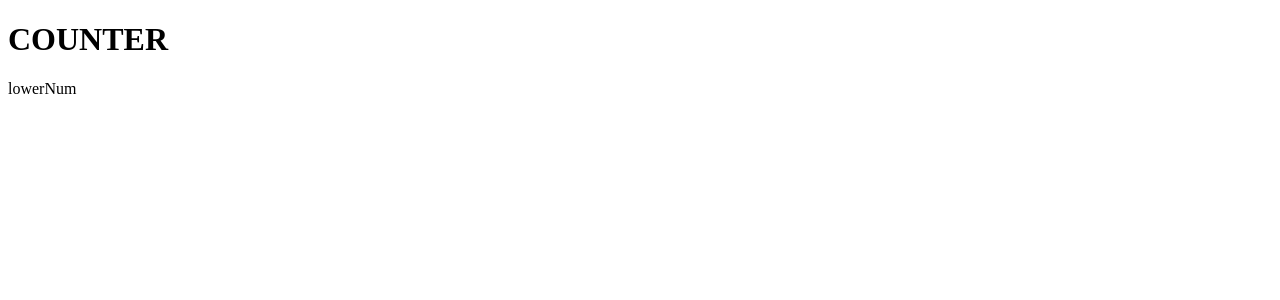
Repository: Sgalstyan06/counterNum
Page: index.html
An editor plug-in stored every save of this project. The page is shown before and after a run of saves, followed by the edit.
The browser window is 1280 px wide. The pictures show the whole page.

Above is the page before, as saved 2022-02-14 16:32:30.

After the next 5 saves:
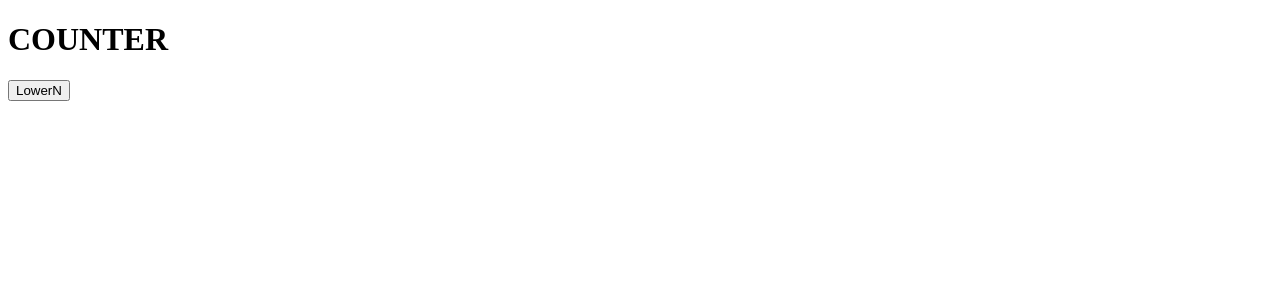
The 5 saves are shown as one change because they came seconds apart.
The last was saved 11 s later.
--- a/index.html
+++ b/index.html
@@ -11,7 +11,7 @@
     <div class="main">
         <div><h1>COUNTER</h1></div>
         <div></div>
-        <div>lowerNum</div>
+        <div><button>LowerN</button></div>
     </div>
     <script src="./script.js"></script>
 </body>
